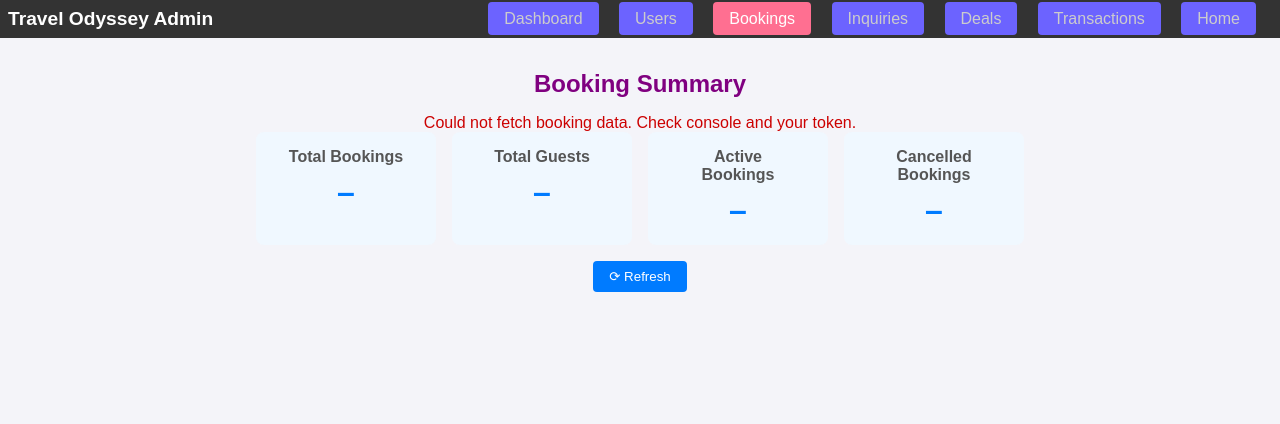
Repository: GHzPhoenix/Project-Odyssey
Page: Frontend/admin-bookings.html
An editor plug-in stored every save of this project. The page is shown before and after the next save, followed by the edit.
The browser window is 1280 px wide. The pictures show the whole page.
The page's requests for data from a server got no answer.

Above is the page before, as saved 2025-07-22 12:55:07.

After the next save:
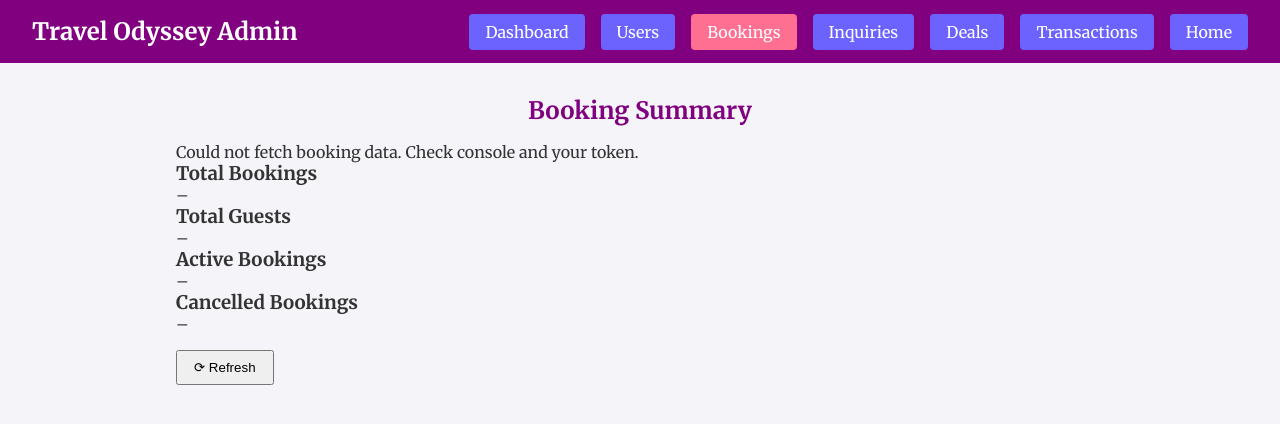
Saved 29 s later.
--- a/Frontend/admin-bookings.html
+++ b/Frontend/admin-bookings.html
@@ -5,82 +5,7 @@
     <meta name="viewport" content="width=device-width,initial-scale=1.0" />
     <title>Admin Dashboard – Travel Odyssey</title>
     <link rel="stylesheet" href="/Frontend/css/admin.css" />
-    <style>
-      body {
-        font-family: sans-serif;
-      }
-      header nav {
-        background: #333;
-        padding: 0.5rem;
-      }
-      header nav .logo {
-        color: #fff;
-        font-size: 1.2rem;
-        display: inline-block;
-        margin-right: 2rem;
-      }
-      header nav ul {
-        display: inline-block;
-        list-style: none;
-        margin: 0;
-        padding: 0;
-      }
-      header nav li {
-        display: inline;
-        margin-right: 1rem;
-      }
-      header nav a {
-        color: #ccc;
-        text-decoration: none;
-      }
-      header nav a.active,
-      header nav a:hover {
-        color: #fff;
-      }
-      main {
-        max-width: 800px;
-        margin: 2rem auto;
-        text-align: center;
-      }
-      .kpis {
-        display: flex;
-        justify-content: space-around;
-        flex-wrap: wrap;
-        gap: 1rem;
-      }
-      .kpi {
-        background: #f0f8ff;
-        padding: 1rem 2rem;
-        border-radius: 8px;
-        width: 180px;
-      }
-      .kpi h3 {
-        margin: 0 0 0.5rem;
-        font-size: 1rem;
-        color: #555;
-      }
-      .kpi p {
-        margin: 0;
-        font-size: 2rem;
-        color: #007bff;
-        font-weight: bold;
-      }
-      .error {
-        color: #c00;
-      }
-      button.refresh {
-        margin-top: 1rem;
-        padding: 0.5rem 1rem;
-        border: none;
-        background: #007bff;
-        color: #fff;
-        border-radius: 4px;
-        cursor: pointer;
-      }
-      button.refresh:hover {
-        background: #0056b3;
-      }
-    </style>
+    <style></style>
   </head>
   <body>
     <header>
